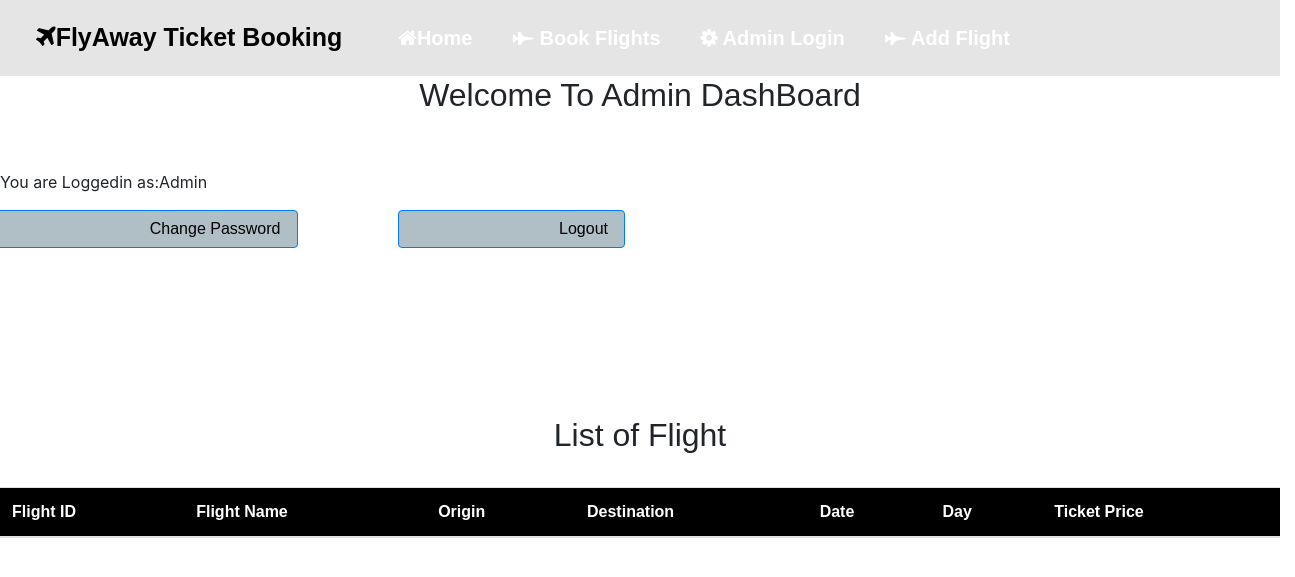
Repository: sayrabano/Phase2-project
Page: http://localhost/FlyAway/adminDashboard.jsp
The author's editor kept a copy of each file at every save. The page is drawn from the files as they stood at one save, then again after the next save.
The browser window is 1280 px wide. The page is 1295 px wide, so the pictures cover 1295 px, including what lies to the right of the window. The pictures show the whole page.
Some web fonts or font styles are not loaded; a fallback is used. The page is served by Tomcat 9. Other server files are loaded and not shown. Queries for data that is not in the repository find no rows.

Above is the page before, as saved 2021-09-24 20:08:30.

### FlyAway/src/main/webapp/adminDashboard.jsp
<%@ page language="java" contentType="text/html; charset=ISO-8859-1"
	pageEncoding="ISO-8859-1"%>
<%@page import="java.sql.*"%>
<%@page import=" com.flyaway.LogIn"%>

<%
String driverName = "com.mysql.cj.jdbc.Driver";
String Url = "jdbc:mysql://localhost:3306/flyaway";

String userId = "root";
String password = "say123";

try {
	Class.forName(driverName);
} catch (ClassNotFoundException e) {
	e.printStackTrace();
}
Connection connection = null;
Statement statement = null;
ResultSet resultSet = null;
%>

<!DOCTYPE html>
<html>
<head>
<meta charset="ISO-8859-1">
<title>FlyAway</title>
<link rel="stylesheet"
	href="https://cdnjs.cloudflare.com/ajax/libs/font-awesome/4.7.0/css/font-awesome.min.css">
<!-- Required meta tags -->
<meta charset="utf-8">
<meta name="viewport"
	content="width=device-width, initial-scale=1, shrink-to-fit=no">

<!-- Bootstrap CSS -->
<link rel="stylesheet"
	href="https://maxcdn.bootstrapcdn.com/bootstrap/4.0.0/css/bootstrap.min.css"
	integrity="sha384-Gn5384xqQ1aoWXA+058RXPxPg6fy4IWvTNh0E263XmFcJlSAwiGgFAW/dAiS6JXm"
	crossorigin="anonymous">
<link rel="stylesheet"
	href="https://cdnjs.cloudflare.com/ajax/libs/font-awesome/4.7.0/css/font-awesome.min.css">
<link
	href="https://fonts.googleapis.com/css2?family=Baloo+Bhai+2:wght@500&display=swap"
	rel="stylesheet">
<link
	href="https://fonts.googleapis.com/css2?family=Ubuntu:ital,wght@1,700&display=swap"
	rel="stylesheet">
<link rel="stylesheet" href="CSS/style7.css" />
<style>
</style>
</head>

<body>

	<nav class="navbar navbar-expand-lg navbar-light bg-custom" id="navbar">





		<a class="navbar-brand" id="tag"><i class="fa fa-plane"
			aria-hidden="true"></i>FlyAway Ticket Booking</a>


		<div class="collapse navbar-collapse" id="navbarSupportedContent">
			<ul class="navbar-nav mr-auto">
				<li class="nav-item"><a class="nav-link" href="Home.jsp"> <i
						class="fa fa-home" aria-hidden="true"></i>Home
				</a></li>

				<li class="nav-item"><a class="nav-link"
					href="option-flightsearch.jsp"><i class="fa fa-fighter-jet"></i>
						Book Flights </a></li>
				<li class="nav-item"><a href="Login.jsp" class="nav-link"><i
						class="fa fa-gear"></i> Admin Login</a></li>
						<li class="nav-item"><a href="#" class="nav-link">
						<i class="fa fa-fighter-jet"></i> Add Flight</a></li>




			</ul>



		</div>

	</nav>


	<div>
		<h2>Welcome To Admin DashBoard</h2>
	<br><br>
	<p>You are Loggedin as:<%=LogIn.username %></p>
	</div>
	<div class="row" align="center">
	<div class="col-lg-3 col-md-4 col-sm-4 mb-4">
           <form action="Changepassword.jsp" method="get">
           <button type="submit" class="btn btn-primary btn">Change Password</button>
		</form>
        </div>
        <div class="col-lg-3 col-md-4col-sm-6 mb-4">
            <form action="LogOut" method="get">
           <button type="submit" class="btn btn-primary btn">Logout</button>
		</form>
        </div>

        </div>
        </div>
         <br><br><br><br><br><br>
               <center><h2>List of Flight</h2></center><br>

				<table class="table table-bodered table striped" align="center">
					<thead class="thead">
						<tr>
							<th scope="col">Flight ID</th>
							<th scope="col">Flight Name</th>
							<th scope="col">Origin</th>
							<th scope="col">Destination</th>
							<th scope="col">Date</th>
							<th scope="col">Day</th>
							<th scope="col">Ticket Price</th>
						</tr>
					</thead>
					<tbody class="tbody">


						<%
						try {
							connection = DriverManager.getConnection(Url, userId, password);
							statement = connection.createStatement();
							String sql = "SELECT * FROM flight_list";
							resultSet = statement.executeQuery(sql);
							while (resultSet.next()) {
						%>
						<tr>
							<td><%=resultSet.getString("Id")%></td>
							<td><%=resultSet.getString("Flight")%></td>
							<td><%=resultSet.getString("Origin")%></td>
							<td><%=resultSet.getString("Destination")%></td>
							<td><%=resultSet.getString("Day")%></td>
							<td><%=resultSet.getString("Date")%></td>
							<td><%=resultSet.getString("Ticket_Price")%></td>
						</tr>
						<%
						}
						} catch (Exception e) {
						e.printStackTrace();
						}

						%>
					</tbody>
				</table>

</body>
</html>

### FlyAway/src/main/webapp/CSS/style7.css
@charset "ISO-8859-1";
@charset "ISO-8859-1";

#navbar{
background-color:rgba(0,0,0,.1) ;
font-family:'Ubuntu', sans-serif;

}


#navbar ul li a{
	color:white;

	font-size:20px;
	font-weight:bold;
	padding:15px 20px;

}
#navbar ul li a:hover{
	color:black;
	background-color:white;
	border-radius:18px;


}


#tag{
	font-size:25px;
 color:black;
 font-weight:bold;


	float:right;
	padding: 10px 20px;

}
#gear{
	margin:2px;
	padding:10px;



}
#gear a:hover{



	background-color:white;


}
h2{
	text-align:center;
	font-family:'Ubuntu', sans-serif;
}
.btn{
	color:black;
	padding-left:10rem;
	padding-right:1rem;
	margin-top: 15;

   background-color:#b0bec5;
	font-family:'Ubuntu', sans-serif;
	float:right;
    display:flex;


}
.thead{
	background-color:#000000;
	font-family:'Ubuntu', sans-serif;
	color:white;
}
.tbody{
	background-color:#b0bec5;
	font-family:'Ubuntu', sans-serif;
}

After the next save:
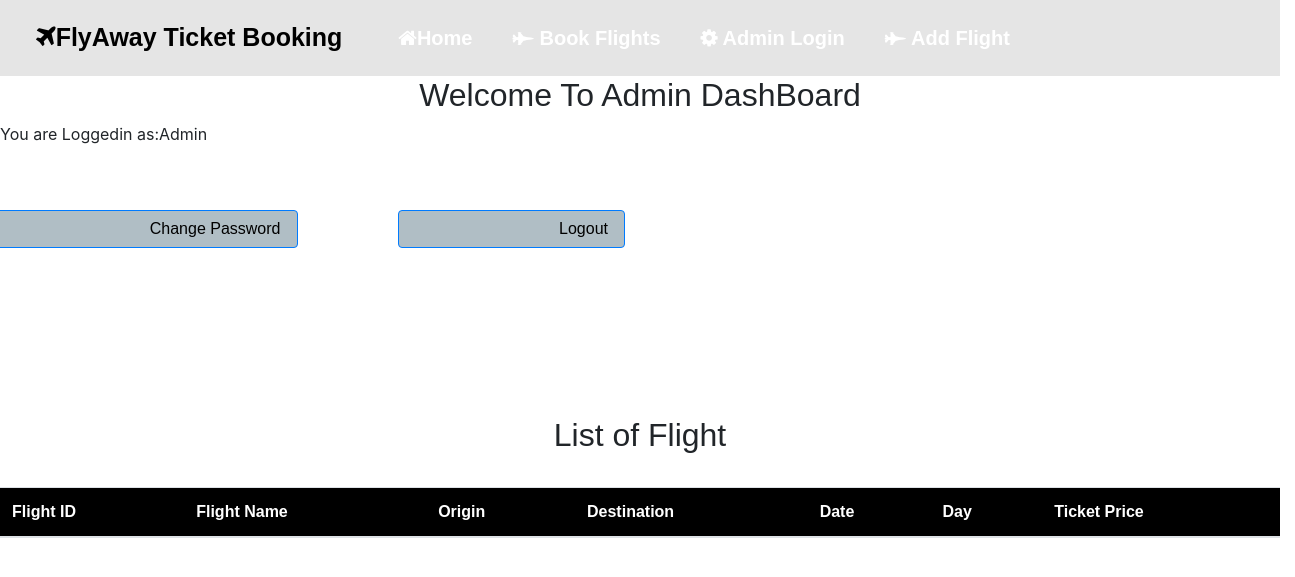
Saved 17 s later.
--- a/FlyAway/src/main/webapp/adminDashboard.jsp
+++ b/FlyAway/src/main/webapp/adminDashboard.jsp
@@ -90,8 +90,9 @@ ResultSet resultSet = null;
 
 	<div>
 		<h2>Welcome To Admin DashBoard</h2>
+		<p>You are Loggedin as:<%=LogIn.username %></p>
 	<br><br>
-	<p>You are Loggedin as:<%=LogIn.username %></p>
+
 	</div>
 	<div class="row" align="center">
 	<div class="col-lg-3 col-md-4 col-sm-4 mb-4">
